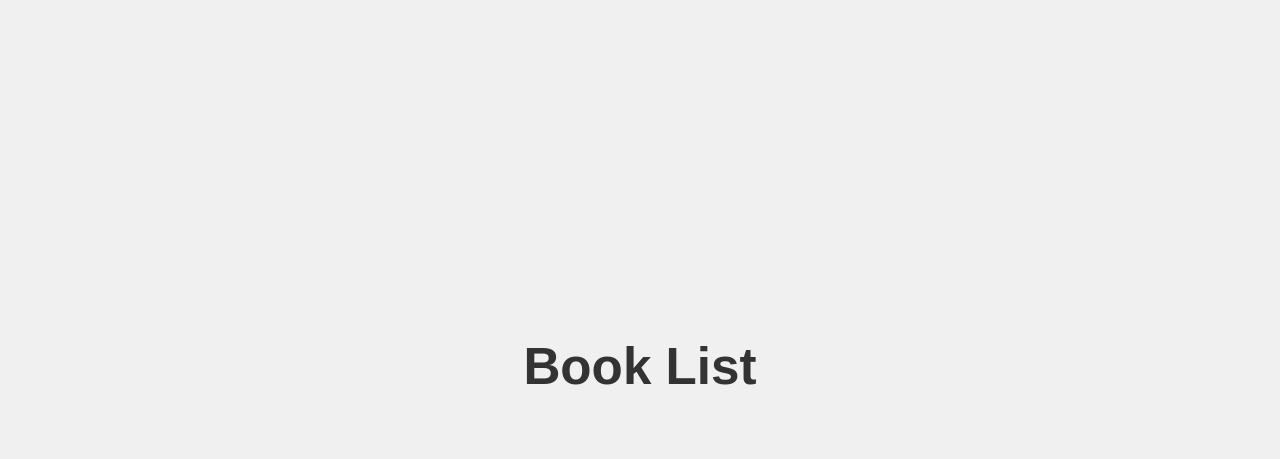
Repository: KanmegneTabouguie/librarymanagement
Page: / (app in frontend/library-frontend/)
These files come from the project's save history. The page is drawn as it stood at one moment and after the next save; the edit follows.
The browser window is 1280 px wide. The pictures show the whole page.
The page's requests for data from a server got no answer. The project was rebuilt for these pictures with package versions that can differ from the ones it lists, and the page was loaded fresh each time. No one was signed in, and anything a server would have sent is missing. Also part of the build but not shown: frontend/library-frontend/vite.config.js, frontend/library-frontend/src/components/AddBook.jsx, frontend/library-frontend/src/components/UpdateBook.jsx, frontend/library-frontend/src/components/DeleteBook.jsx, frontend/library-frontend/src/components/PublishBook.jsx.

Above is the page before, as saved 2024-02-24 13:14:56.

### frontend/library-frontend/src/App.jsx
// eslint-disable-next-line no-unused-vars
import React from 'react';
import { BrowserRouter as Router, Route, Routes } from 'react-router-dom';
import AddBook from './components/AddBook';
import UpdateBook from './components/UpdateBook';
import DeleteBook from './components/DeleteBook';
import PublishBook from './components/PublishBook';
import BookList from './components/BookList'; // Import BookList component

function App() {
  return (
    <Router>
      <div className="App">
        <Routes>
        <Route path="/" element={<BookList />} /> {/* Display BookList component at the root route */}
          <Route path="/add" element={<AddBook />} />
          <Route path="/update/:id" element={<UpdateBook />} />
          <Route path="/delete/:id" element={<DeleteBook />} />
          <Route path="/publish/:id" element={<PublishBook />} />
        </Routes>
      </div>
    </Router>
  );
}

export default App;

### frontend/library-frontend/src/components/BookList.jsx
// src/components/BookList.js
// eslint-disable-next-line no-unused-vars
import React, { useState, useEffect } from 'react';
import axios from 'axios';

const BookList = () => {
  const [books, setBooks] = useState([]);

  useEffect(() => {
    axios.get('http://localhost:3017/books') // Replace with your backend URL
      .then(response => setBooks(response.data))
      .catch(error => console.error('Error fetching books:', error));
  }, []);

  return (
    <div>
      <h1>Book List</h1>
      <ul>
        {books.map(book => (
          <li key={book._id}>{book.title} by {book.author}</li>
        ))}
      </ul>
    </div>
  );
};

export default BookList;

### frontend/library-frontend/src/components/AddBook.css
/* AddBook.css */

body {
    margin: 0;
    padding: 0;
    font-family: 'Arial', sans-serif;
    background-color: #f0f0f0;
    display: flex;
    align-items: center;
    justify-content: center;
    height: 100vh;
  }

  .page-container {
    display: flex;
    flex-direction: column;
    align-items: center;
  }

  .form-container {
    background-color: #fff;
    padding: 20px;
    border-radius: 10px;
    box-shadow: 0 0 20px rgba(0, 0, 0, 0.1);
    margin-bottom: 20px;
  }

  h1 {
    color: #333;
    text-align: center;
    margin-bottom: 20px;
  }

  label {
    display: block;
    margin-bottom: 10px;
    color: #555;
  }

  input {
    width: 100%;
    padding: 10px;
    margin-bottom: 15px;
    box-sizing: border-box;
  }

  .add-book-button {
    width: 100%;
    padding: 12px;
    background-color: #3498db;
    color: #fff;
    border: none;
    border-radius: 5px;
    cursor: pointer;
    font-size: 16px;
    transition: background-color 0.3s ease-in-out;
  }

  .add-book-button:hover {
    background-color: #2980b9;
  }

  .modal-overlay {
    position: fixed;
    top: 0;
    left: 0;
    width: 100%;
    height: 100%;
    background: rgba(0, 0, 0, 0.5);
    display: flex;
    align-items: center;
    justify-content: center;
  }

  .modal {
    background: linear-gradient(135deg, #3498db, #8e44ad);
    padding: 20px;
    border-radius: 10px;
    text-align: center;
    box-shadow: 0 4px 8px rgba(0, 0, 0, 0.2);
    color: #fff;
  }

  .modal p {
    font-size: 18px;
    margin-bottom: 20px;
  }

  .modal button {
    padding: 10px 20px;
    background-color: #2ecc71;
    color: #fff;
    border: none;
    border-radius: 5px;
    cursor: pointer;
    font-size: 16px;
    transition: background-color 0.3s ease-in-out;
  }

  .modal button:hover {
    background-color: #27ae60;
  }

Loaded but not shown: frontend/library-frontend/index.html (common file); frontend/library-frontend/src/main.jsx (common file); frontend/library-frontend/src/index.css (common file)

After the next save:
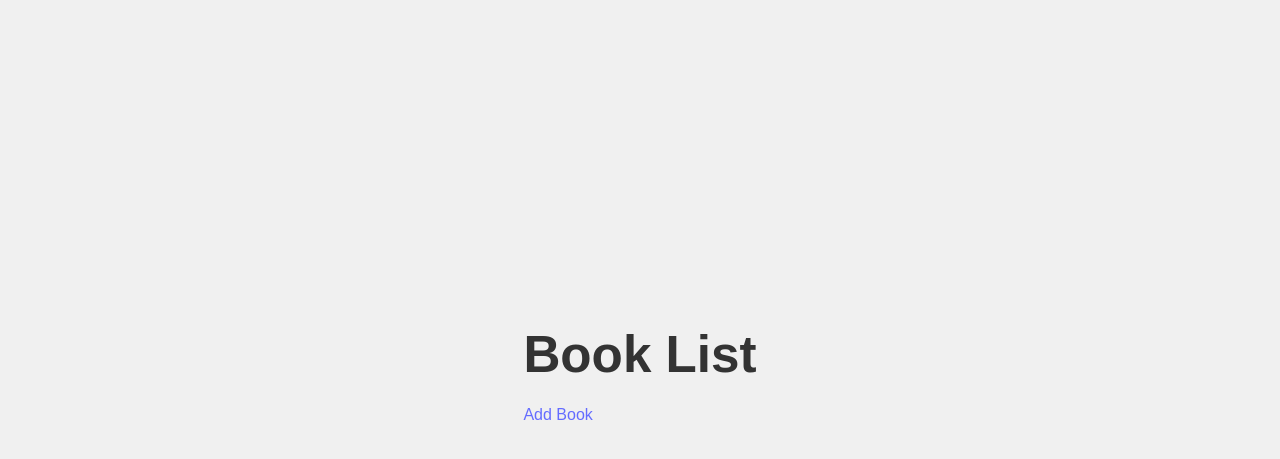
Saved 6 min 36 s later.
--- a/frontend/library-frontend/src/components/BookList.jsx
+++ b/frontend/library-frontend/src/components/BookList.jsx
@@ -2,12 +2,13 @@
 // eslint-disable-next-line no-unused-vars
 import React, { useState, useEffect } from 'react';
 import axios from 'axios';
+import { Link } from 'react-router-dom';
 
 const BookList = () => {
   const [books, setBooks] = useState([]);
 
   useEffect(() => {
-    axios.get('http://localhost:3017/books') // Replace with your backend URL
+    axios.get('http://localhost:3017/books')
       .then(response => setBooks(response.data))
       .catch(error => console.error('Error fetching books:', error));
   }, []);
@@ -15,13 +16,32 @@ const BookList = () => {
   return (
     <div>
       <h1>Book List</h1>
-      <ul>
+      <Link to="/add">Add Book</Link>
+      <div style={{ display: 'flex', flexWrap: 'wrap' }}>
         {books.map(book => (
-          <li key={book._id}>{book.title} by {book.author}</li>
+          <div key={book._id} style={{ border: '1px solid black', margin: '10px', padding: '10px', width: '200px', backgroundColor: getRandomColor() }}>
+            <h3>{book.title}</h3>
+            <p>Author: {book.author}</p>
+            <div>
+              <Link to={`/update/${book._id}`}>Update</Link>
+              <Link to={`/delete/${book._id}`}>Delete</Link>
+              <Link to={`/publish/${book._id}`}>Publish</Link>
+            </div>
+          </div>
         ))}
-      </ul>
+      </div>
     </div>
   );
 };
 
+// Function to generate a random color
+const getRandomColor = () => {
+  const letters = '0123456789ABCDEF';
+  let color = '#';
+  for (let i = 0; i < 6; i++) {
+    color += letters[Math.floor(Math.random() * 16)];
+  }
+  return color;
+};
+
 export default BookList;
